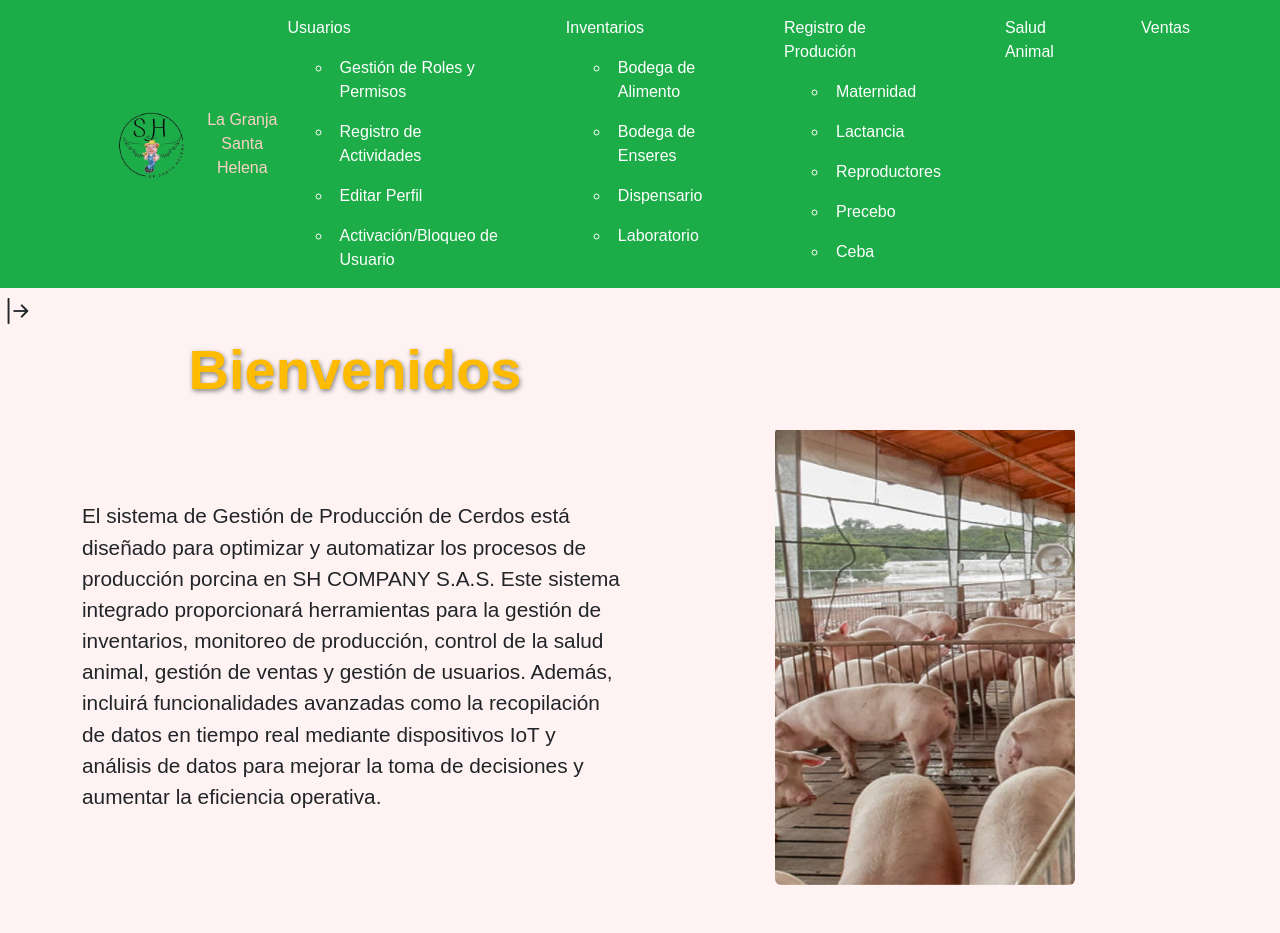
Repository: Mateojimenezz/Granja-Santa-Helena
Page: paginaDeInicio.html
These files come from the project's save history. The page is drawn as it stood at one moment and after the next save; the edit follows.
The browser window is 1280 px wide. The pictures show the whole page.
Some web fonts or font styles are not loaded; a fallback is used.

Above is the page before, as saved 2025-03-31 16:56:19.

### paginaDeInicio.html
<!DOCTYPE html>
<html lang="es">
<head>
    <meta charset="UTF-8">
    <meta name="viewport" content="width=device-width, initial-scale=1.0">
    <title>La Granja</title>
    <link href="https://cdn.jsdelivr.net/npm/bootstrap@5.3.3/dist/css/bootstrap.min.css" rel="stylesheet" integrity="sha384-QWTKZyjpPEjISv5WaRU9OFeRpok6YctnYmDr5pNlyT2bRjXh0JMhjY6hW+ALEwIH" crossorigin="anonymous">

    <link rel="stylesheet" href="./assets/css/index.css">
    <link rel="stylesheet" href="./assets/css/paginaDeInicio.css">
    <link rel="stylesheet" href="https://cdn.jsdelivr.net/npm/bootstrap-icons@1.11.3/font/bootstrap-icons.min.css">
    <link href="https://fonts.googleapis.com/css2?family=Calistoga&display=swap" rel="stylesheet">

  </head>
<body>
  <header class="header sticky-top d-flex  align-items-center ">
    <div class="container d-flex  align-items-center justify-content-between ">
      <div class="logo">
        <img  src="./assets/img/logo.png" width="90" alt="Logo">
        <span>La Granja <br> Santa Helena</span>
      </div>
      <nav class="navbar navbar-expand-lg ">
        <button class="navbar-toggler toggler-focus text-white" type="button" data-bs-toggle="collapse" data-bs-target="#menu" aria-controls="menu" aria-expanded="false" aria-label="Toggle navigation">
          <span class="navbar-toggler-icon"></span>
        </button>
        <div class="collapse navbar-collapse  d-lg-none" id="menu">
          <ul class="navbar-nav ms-auto    gap-md-3 gap-lg-5">
            <li class="nav-item"><a class="nav-link" href="#" >Usuarios</a>
              <ul class="submenu">
                <li><a class="nav-link" href="#">Gestión de Roles y Permisos</a></li>
                <li><a class="nav-link" href="#">Registro de Actividades</a></li>
                <li><a class="nav-link" href="#">Editar Perfil</a></li>
                <li><a class="nav-link" href="#">Activación/Bloqueo de Usuario</a></li>
              </ul>
            </li>
            <li class="nav-item"><a class="nav-link" href="#">Inventarios</a>
              <ul class="submenu">
                <li><a class="nav-link" href="#">Bodega de Alimento</a></li>
                <li><a class="nav-link" href="#">Bodega de Enseres</a></li>
                <li><a class="nav-link" href="#">Dispensario</a></li>
                <li><a class="nav-link" href="#">Laboratorio</a></li>
              </ul>
            </li>
            <li class="nav-item"><a class="nav-link" href="#">Registro de Produción</a>
              <ul class="submenu">
                <li><a class="nav-link" href="#">Maternidad</a></li>
                <li><a class="nav-link" href="#">Lactancia</a></li>
                <li><a class="nav-link" href="#">Reproductores</a></li>
                <li><a class="nav-link" href="#">Precebo</a></li>
                <li><a class="nav-link" href="#">Ceba</a></li>
              </ul>

            </li>
            <li class="nav-item"><a class="nav-link" href="#">Salud Animal</a></li>
            <li class="nav-item"><a class="nav-link" href="#">Ventas</a></li>
          </ul>
        </div>
        </div>
      </nav>
    </div>
  </header>
  <button id="toggleMenu" class="d-none d-sm-none d-md-block  btn  position-fixed  btn-MenuLateralAbrir ">
    <span><i class="bi bi-arrow-bar-right"></i></span>
  </button>
  <!-- Menú lateral -->
  <div id="sidebar" class=" border-end vh-100 position-fixed start-0 p-3  ">
    <button id="closeMenu" class="btn  mb-1 btn-MenuLateralCerrar">
      <span><i class="bi bi-arrow-bar-left"></i></span>
    </button>
    <ul id="sisidebarMenu"  class="nav flex-column" >

    </ul>
  </div>
  <main class="container">
    <!-- Sección 1 -->
    <section class="row seccion-1">
      <article class="col-12 col-lg-6 d-flex justify-content-center align-items-center mt-5 mb-2">
        <h1 >Bienvenidos</h1>
      </article>
    </section>
    <!-- Sección 2 -->
    <section class="row seccion-2 -gap-10 mt-2">
      <article class="d-flex flex-column align-items-center justify-content-center col-12 col-lg-6 ">
        <p class="text-justify mb-5">
          El sistema de Gestión de Producción de Cerdos está diseñado para optimizar y automatizar
          los procesos de producción porcina en SH COMPANY S.A.S. Este sistema integrado proporcionará herramientas
          para la gestión de inventarios, monitoreo de producción, control de la salud animal, gestión de ventas y gestión de usuarios.
          Además, incluirá funcionalidades avanzadas como la recopilación de datos en tiempo real mediante dispositivos IoT y análisis de datos
          para mejorar la toma de decisiones y aumentar la eficiencia operativa.
        </p>
      </article>
      <!-- Imagen -->
      <article class="col-12 col-lg-6 d-flex justify-content-center align-items-center mb-5 ">
        <img
          src="assets/img/Upload-5a8315b810a15-13022018 1.png"  width="300" height="200"
          class="img-fluid rounded "
          alt="Fotografía de la granja"
        />
      </article>
    </section>
  </main>










  <!-- bootstrap JS -->
  <script src="https://cdn.jsdelivr.net/npm/bootstrap@5.3.3/dist/js/bootstrap.bundle.min.js" integrity="sha384-YvpcrYf0tY3lHB60NNkmXc5s9fDVZLESaAA55NDzOxhy9GkcIdslK1eN7N6jIeHz" crossorigin="anonymous"></script>
  <script src="./assets/js/menu.js"></script>
  <script src="./assets/js/menuLateral.js"></script>
  <script src="./assets/js/submenu.js"></script>
  <script src="./assets/js/submenulateral.js"></script>

</body>

</html>

### assets/css/index.css
@import "./variables.css";

/* === General === */
body {
  margin: 0;
  font-family: var(--font-principal);
  background-color: var(--color-FondoDiv2);
}

/* === Header === */
.header {
  background-color: var(--color-principal);
  color: var(--color-texto);
  font-size: 1rem;
}

.logo {
  display: flex;
  align-items: center;
  gap: 0.5rem;
  color: #FCD1C6;
  text-align: center;
  margin-left: 25px;
}

/* === Botón Ingresar === */
.ingresar,
.ingresar1 {
  color: white !important;
  cursor: pointer;
  display: flex;
  align-items: center;
  gap: 10px;
}

.ingresar {
  margin-left: 110px;
  margin-right: 100px;
}

.ingresar h5:hover,
.ingresar1 h5:hover {
  color: var(--color-fondoDiv);
}

/* === Navbar === */
.navar-nav {
  justify-content: center;
}

.nav-link {
  position: relative;
  color: white;
  text-decoration: none;
  padding: 0.5rem;
  transition: color 0.3s ease-in-out;
}
.nav-link:active{
  color: red;
}

.nav-link::after {
  content: '';
  position: absolute;
  left: 15px;
  bottom: 0;
  width: 0;
  height: 2px;
  background-color: var(--color-FondoDiv2);
  transition: width 0.3s ease-in-out;
}

.nav-link:hover {
  color: var(--color-fondoDiv);
}

.nav-link:hover::after {
  width: 75%;
}

/* === Sección 1 - Imagen Principal === */
.imagen1 {
  width: 100%;
  height: 500px;
  object-fit: cover;
}

.titulo1 {
  position: absolute;
  top: 50%;
  left: 50%;
  transform: translate(-50%, -50%);
  color: white;
  font-size: 4rem;
  font-weight: bold;
  text-shadow: 2px 2px 5px var(--color-principal);
  text-align: center;
}

/* === Sección 3 === */
.seccion-3 {
  background-color: var(--color-fondoDiv);
}

/* === Footer === */
.footer {
  background-color: var(--color-Footter);
  padding-left: 50px;
  padding-bottom: 0px;
  margin-bottom: -50px;
}

.Logofooter {
  max-width: 250px;
  margin-right: 50px;
}

/* === Responsividad === */
@media (max-width: 991px) {

  /* Ajustes en dispositivos pequeños */
  .logo {
    margin-left: -10px;
  }

  .navbar-toggler {
    border: none !important;
  }

  .navbar-toggler:focus,
  .navbar-toggler:active,
  .navbar-toggler:hover {
    outline: none !important;
    box-shadow: 0 0 10px #F8E91C !important;
  }

  /* Ocultar ingresar en pantallas pequeñas y mostrar ingresar1 */
  .ingresar {
    display: none;
  }

  .ingresar1 {
    display: flex;
  }

  .ingresar1 .bi {
    padding-top: 5px;
  }
}

### assets/css/paginaDeInicio.css
#sidebar {
  display: none;
  transition: all 0.3s ease; /* Animación opcional */
  background-color: var(--color-menu-lateral);
  width: 250px;
}

#sidebar.open {
  display: block;
}
.btn-MenuLateralAbrir{
  margin-top: -5px;
  margin-left: -10px;
  font-size: 30px;
  font-weight: 700;
  border:none;

}

.btn-MenuLateralCerrar{
  margin-top: -20px;
  margin-left: 190px;
  font-size: 25px;
  border:none;
}
.seccion-1 h1{
    font-family: var(--font-principal);
    color:  #FFBB00;
    font-size: 3.5em;
    font-weight: bold;
    text-shadow: gray 1px 2px 5px;

}
.seccion-2{
  font-size: 1.3em;
  font-family: Arial;
}
/* Submenú dentro del menú lateral */
#sisidebarMenu .submenu {
  margin-left: -10px; /* Ajustar margen */
  list-style: none; /* Eliminar viñetas */
}

/* Ocultar los submenús en el encabezado */
.nav-item .submenu {
  display: none;
}

.nav-item.active .submenu {
  display: block; /* Mostrar submenús al hacer clic en pantallas pequeñas */
}

/* Animación para mostrar el menú lateral */
#sidebar {
  transition: all 0.3s ease;
}

#sidebar.open {
  display: block;
}


@media (max-width: 991px) { /* Para pantallas menores a md */
  #sidebar {
    display: none !important; /* Oculta el menú lateral */
  }
  #toggleMenu, #closeMenu {
    display: none !important; /* Oculta los botones asociados */
  }
}
 .submenu {
    display: block; /* Submenús siempre visibles */
  }

  .submenu {
    margin-left: 20px; /* Ajustar posición dentro del menú lateral */
  }
  .nav-item.active .submenu {
    display: block;
  }

### assets/js/menu.js
document.addEventListener("DOMContentLoaded", function () {
    const menuToggle = document.querySelector(".navbar-toggler");
    const logo = document.querySelector(".logo");
    const menu = document.getElementById("menu");

    menuToggle.addEventListener("click", function () {
      const isMenuOpen = menu.classList.contains("show");

      if (isMenuOpen) {
        // Cuando el menú está abierto, restauramos el logo
        logo.style.display = "flex";
      } else {
        // Cuando el menú está cerrado, ocultamos el logo
        logo.style.display = "none";
      }
    });

    // Detectar cuando el usuario cierra el menú automáticamente
    menu.addEventListener("hidden.bs.collapse", function () {
      logo.style.display = "flex";
    });
  });

### assets/js/menuLateral.js
document.addEventListener("DOMContentLoaded", function () {
  const toggleMenu = document.getElementById("toggleMenu");
  const closeMenu = document.getElementById("closeMenu");
  const sidebar = document.getElementById("sidebar");
  const mainContent = document.querySelector("main"); // Selecciona el contenido principal
  const navLinks = document.querySelectorAll(".navbar-nav .nav-link"); // Selecciona los enlaces del menú superior

  // Función que verifica si la pantalla es grande
  function isLargeScreen() {
    return window.innerWidth >= 768; // Define pantallas grandes (md o más)
  }

  // Mostrar/ocultar el menú solo si la pantalla es grande
  if (isLargeScreen()) {
    toggleMenu.addEventListener("click", function () {
      if (sidebar.style.display === "none" || sidebar.style.display === "") {
        sidebar.style.display = "block"; // Muestra el menú lateral
        mainContent.style.marginLeft = "270px"; // Desplaza el contenido hacia la derecha
      } else {
        sidebar.style.display = "none"; // Oculta el menú lateral
        mainContent.style.marginLeft = "220px"; // Restaura el contenido al margen original
      }
    });

    closeMenu.addEventListener("click", function () {
      sidebar.style.display = "none"; // Oculta el menú lateral
      mainContent.style.marginLeft = "220px"; // Restaura el contenido al margen original
    });

    // Funcionalidad para los ítems del menú superior
    navLinks.forEach(link => {
      link.addEventListener("click", function (e) {
        e.preventDefault(); // Evita el comportamiento predeterminado del enlace

        if (sidebar.style.display === "block") {
          sidebar.style.display = "none"; // Oculta el menú lateral
          mainContent.style.marginLeft = "20px"; // Restaura el contenido al margen original
        } else {
          sidebar.style.display = "block"; // Despliega el menú lateral
          mainContent.style.marginLeft = "270px"; // Desplaza el contenido principal
        }
      });
    });
  }

  // Opcional: ocultar el menú inmediatamente si el usuario redimensiona a una pantalla pequeña
  window.addEventListener("resize", function () {
    if (!isLargeScreen()) {
      sidebar.style.display = "none"; // Oculta el menú lateral
      mainContent.style.marginLeft = "0"; // Restaura el contenido al margen original
    }
  });
});

### assets/js/submenu.js
document.addEventListener("DOMContentLoaded", function () {
  const menuItems = document.querySelectorAll(".nav-item"); // Ítems principales del menú

  function isLargeScreen() {
    return window.innerWidth >= 768; // Pantallas grandes
  }

  // Funcionalidad para mostrar los submenús según la pantalla
  menuItems.forEach(item => {
    const submenu = item.querySelector(".submenu");

    if (submenu) {
      if (isLargeScreen()) {
        // Mostrar automáticamente los submenús en pantallas grandes
        submenu.style.display = "block"; // Submenús visibles en el lateral
      } else {
        // Pantallas pequeñas: Mostrar submenús al hacer clic
        item.addEventListener("click", () => {
          item.classList.toggle("active"); // Alternar clase activa
          submenu.style.display = submenu.style.display === "block" ? "none" : "block";
        });
      }
    }
  });

  // Redimensionar: Ajustar los estilos al cambiar el tamaño de la ventana
  window.addEventListener("resize", function () {
    menuItems.forEach(item => {
      const submenu = item.querySelector(".submenu");
      if (submenu) {
        if (isLargeScreen()) {
          submenu.style.display = "block"; // Pantalla grande: Siempre visible
        } else {
          submenu.style.display = "none"; // Pantalla pequeña: Ocultar por defecto
        }
      }
    });
  });
});

### assets/js/submenuLateral.js
document.addEventListener("DOMContentLoaded", function () {
    const menuItems = document.querySelectorAll(".nav-item"); // Ítems principales del menú superior
    const sidebarMenu = document.getElementById("sisidebarMenu"); // Contenedor del menú lateral
    const toggleMenu = document.getElementById("toggleMenu"); // Botón para abrir el menú lateral
    const sidebar = document.getElementById("sidebar"); // Menú lateral completo
    const closeMenu = document.getElementById("closeMenu"); // Botón para cerrar el menú lateral

    function isLargeScreen() {
      return window.innerWidth >= 768; // Define pantallas grandes
    }

    // Función para ocultar todos los submenús del menú lateral
    function clearSidebarMenu() {
      sidebarMenu.innerHTML = ""; // Vacía el contenido del menú lateral
    }

    // Función para mostrar todos los ítems y submenús completos en el menú lateral
    function showAllMenuItems() {
      clearSidebarMenu();

      menuItems.forEach(item => {
        const submenu = item.querySelector(".submenu");
        const link = item.querySelector(".nav-link");

        const sidebarItem = document.createElement("li");
        sidebarItem.classList.add("nav-item");

        // Clonar el enlace principal
        const clonedLink = link.cloneNode(true);
        sidebarItem.appendChild(clonedLink);

        // Clonar el submenú y añadirlo al ítem
        if (submenu) {
          const clonedSubmenu = submenu.cloneNode(true);
          clonedSubmenu.style.display = "block"; // Mostrar submenús completos
          sidebarItem.appendChild(clonedSubmenu);
        }

        sidebarMenu.appendChild(sidebarItem); // Añadir ítem completo al menú lateral
      });
    }

    // Función para mostrar solo el submenú seleccionado
    function showSingleSubmenu(item) {
      clearSidebarMenu();

      const link = item.querySelector(".nav-link");
      const submenu = item.querySelector(".submenu");

      if (submenu) {
        const sidebarItem = document.createElement("li");
        sidebarItem.classList.add("nav-item");

        // Clonar el enlace principal
        const clonedLink = link.cloneNode(true);
        sidebarItem.appendChild(clonedLink);

        // Clonar el submenú y añadirlo al ítem
        const clonedSubmenu = submenu.cloneNode(true);
        clonedSubmenu.style.display = "block"; // Mostrar el submenú específico
        sidebarItem.appendChild(clonedSubmenu);

        sidebarMenu.appendChild(sidebarItem); // Añadir el ítem específico al menú lateral
      }
    }

    // Configuración inicial: mostrar todos los ítems en pantallas grandes
    if (isLargeScreen()) {
      showAllMenuItems();
    }

    // Función para manejar clics en los ítems del header
    menuItems.forEach(item => {
      const link = item.querySelector(".nav-link");
      link.addEventListener("click", function (e) {
        e.preventDefault(); // Evitar comportamiento predeterminado

        if (isLargeScreen()) {
          const isSubmenuVisible = sidebarMenu.innerHTML.includes(link.textContent);

          if (isSubmenuVisible) {
            clearSidebarMenu(); // Si el submenú está visible, limpiar el menú lateral
          } else {
            showSingleSubmenu(item); // Mostrar solo el submenú del ítem seleccionado
          }
        }
      });
    });

    // Función para manejar el botón de abrir el menú lateral
    toggleMenu.addEventListener("click", function () {
      sidebar.style.display = "block";
      showAllMenuItems(); // Mostrar todos los ítems y submenús completos
    });

    // Función para manejar el botón de cerrar el menú lateral
    closeMenu.addEventListener("click", function () {
      sidebar.style.display = "none"; // Ocultar el menú lateral
    });

    // Ajustar dinámicamente al redimensionar la pantalla
    window.addEventListener("resize", function () {
      if (isLargeScreen()) {
        showAllMenuItems(); // Mostrar todos los ítems completos en pantallas grandes
      } else {
        clearSidebarMenu(); // Limpiar el menú lateral en pantallas pequeñas
      }
    });
  });

### assets/css/variables.css
/* variables.css */
:root {
    --color-principal: #1CAD48 ;
    --color-Botones: rgba(255, 187, 0, 0.47);
    --color-texto: white;
    --color-fondo: #f5f5f5;
    --font-principal: 'calistoga','arial';
    --color-fondoDiv: #F8E91C;
    --color-FondoDiv2:#FFF2F2;
    --color-Footter: #D9D9D9;
    --letra-gris: #B0B0B7;
    --color-menu-lateral:#BDEAAD;
  }

After the next save:
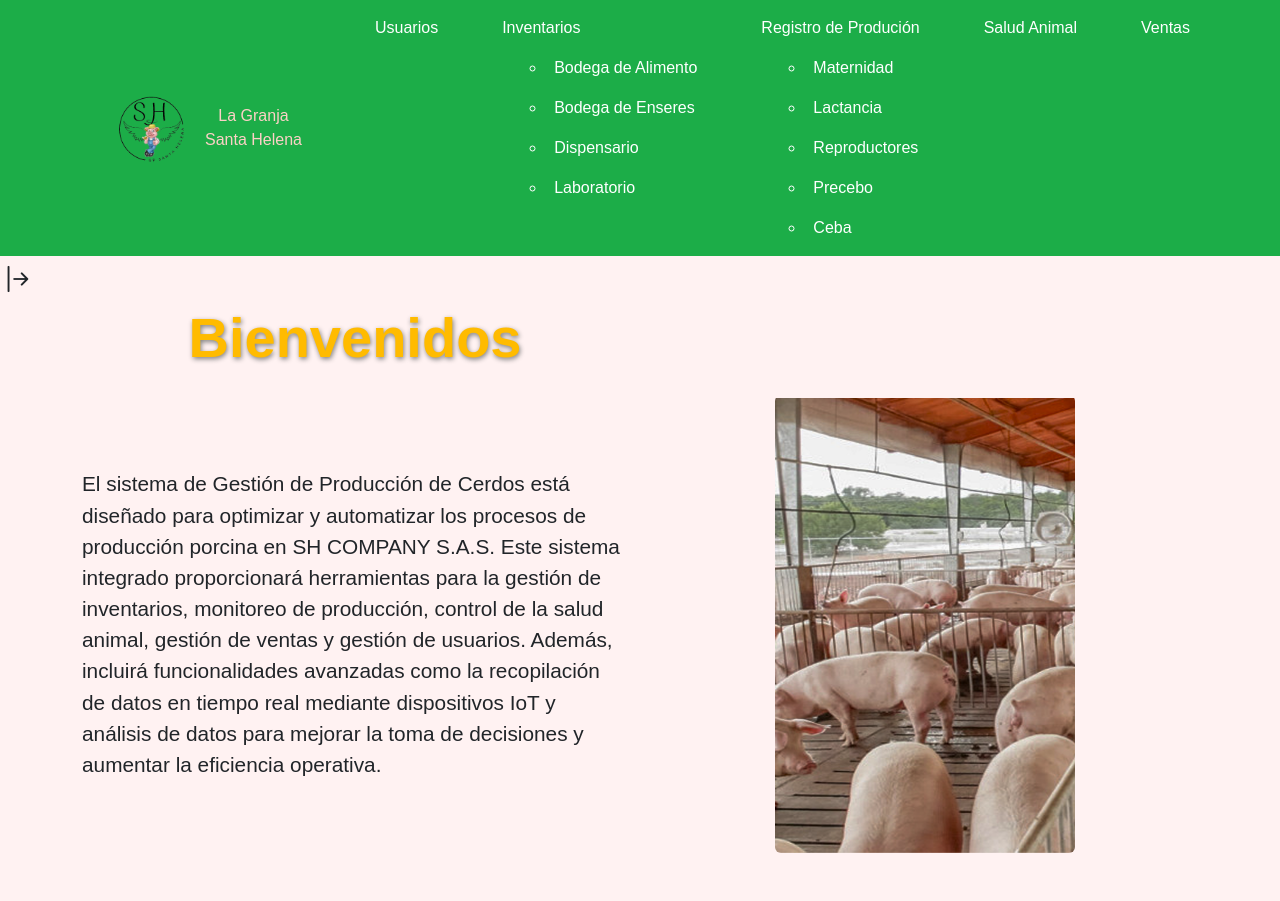
Saved 11 s later.
--- a/paginaDeInicio.html
+++ b/paginaDeInicio.html
@@ -26,7 +26,7 @@
         <div class="collapse navbar-collapse  d-lg-none" id="menu">
           <ul class="navbar-nav ms-auto    gap-md-3 gap-lg-5">
             <li class="nav-item"><a class="nav-link" href="#" >Usuarios</a>
-              <ul class="submenu">
+              <ul class="submenu  d-lg-none">
                 <li><a class="nav-link" href="#">Gestión de Roles y Permisos</a></li>
                 <li><a class="nav-link" href="#">Registro de Actividades</a></li>
                 <li><a class="nav-link" href="#">Editar Perfil</a></li>
